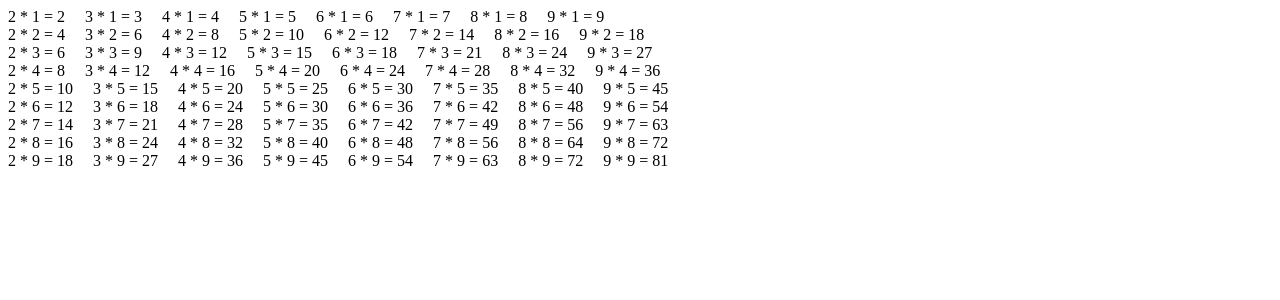
Repository: codelily98/Web
Page: JavaScript/src/main/webapp/practice/practice02.html
An editor plug-in stored every save of this project. The page is shown before and after the next save, followed by the edit.
The browser window is 1280 px wide. The pictures show the whole page.

Above is the page before, as saved 2024-08-21 08:27:21.

After the next save:
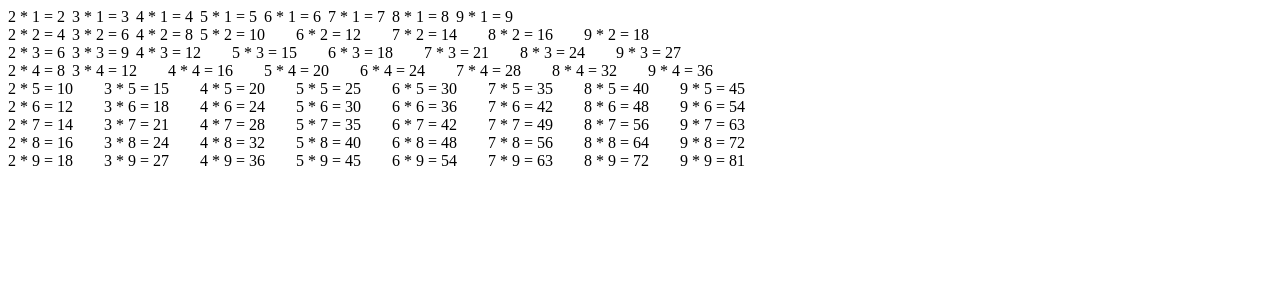
Saved 20 s later.
--- a/JavaScript/src/main/webapp/practice/practice02.html
+++ b/JavaScript/src/main/webapp/practice/practice02.html
@@ -22,7 +22,7 @@ const gugudan = () => {
 		for(let j = 2; j <= 9; j++) {
 			result = j * i;
 
-			document.getElementById("gugudan").innerHTML += `${j} * ${i} = ${result} &emsp;`;
+			document.getElementById("gugudan").innerHTML += `${j} * ${i} = ${result} \t`;
 			if(j == 9) {
 				document.getElementById("gugudan").innerHTML += `<br>`;
 			}
